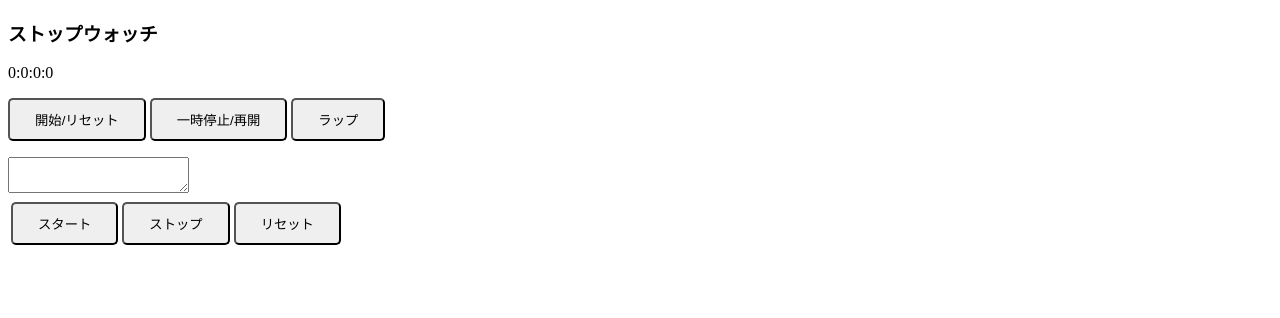
Repository: syokaturyou/potepan
Page: stop.html
The author's editor kept a record of every edit. The page is drawn from the files as they stood at one moment, then again after the next edit.
The browser window is 1280 px wide. The pictures show the whole page.

Above is the page before.

After the next edit:
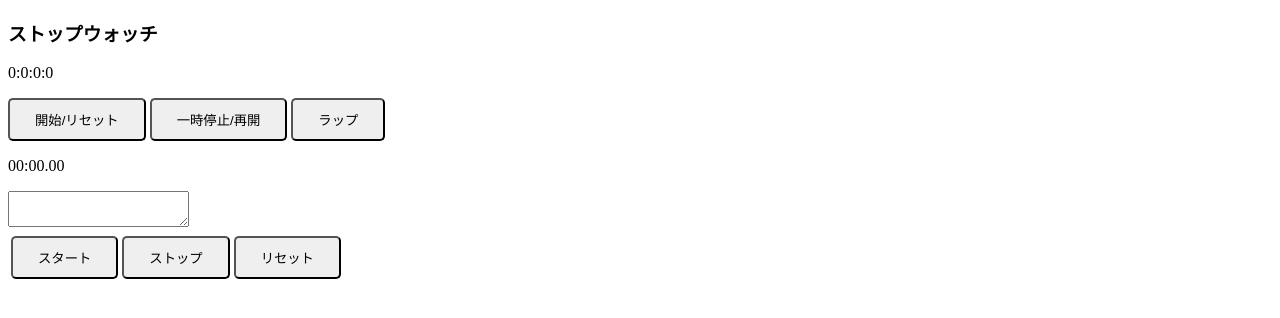
The edit:
--- a/javascript/main.js
+++ b/javascript/main.js
@@ -100,3 +100,87 @@
           update( _error ) // 計算に失敗した場合は、そのエラーの内容を表示する
         }
     }
+
+
+
+
+  "use strict";
+
+window.addEventListener( "DOMContentLoaded" , ()=> {
+    /**
+     * @param watchCallBack 経過時間報告用コールバック
+     * @param wrapCallBack ラップ報告用コールバック
+     */
+    const getStopWatch = function ( watchCallBack , wrapCallBack ){
+        let accumulatedTime = 0,    // 積算時間
+            currentTime=null,       // タイマー開示タイムスタンプ
+            timerId=null;           // setInterval() の返り値
+
+            // リセット処理
+        const reset = () =>{
+            timerOff(); accumulatedTime = 0; currentTime=null;
+                // リセットされたことをnullで通知
+            watchCallBack( null ); wrapCallBack ( null );
+        };
+            // 開始処理
+        const start = () =>{ currentTime = Date.now();timerOn(); };
+            // 一時停止処理
+        const pause = () =>{
+                // これまでの経過時間を退避
+            accumulatedTime = getNowTime();
+            timerOff();
+            currentTime = null;
+        };
+            // 再開処理
+        const resume = () =>start();
+            // ラップ報告処理
+        const wrap = () =>wrapCallBack( getNowTime() );
+            // 経過時間の算出
+        const getNowTime = () =>accumulatedTime + Date.now() - currentTime;
+
+            // タイマー停止処理
+        const timerOff = () => {
+            if( timerId === null ) return;
+            clearInterval(timerId);
+            timerId = null;
+        };
+            // タイマー開始処理
+        const timerOn = () => {
+            if( timerId !== null ) clearTimeout(timerId);
+            timerId = setInterval(()=>watchCallBack( getNowTime() ),10);
+        };
+
+        reset();
+
+            // 必要な機能だけ返す
+        return Object.freeze({
+            start:()=> currentTime === null && accumulatedTime === 0 ?   start()  : reset(),
+            pause:()=> currentTime === null ? ( accumulatedTime === 0 ? false : resume() ) : pause(),
+            wrap:()=> currentTime === null ?  false : wrap(),
+        });
+    };
+
+        // ミリ秒を画面表示する形式に変換
+    const timeString = time =>`${
+        Math.floor(time / 60000).toString().padStart(2,"00")
+    }:${
+        Math.floor(time % 60000 / 1000).toString().padStart(2,"00")
+    }.${
+        Math.floor(time % 1000).toString().padStart(3,"000").slice(0,2)
+    }`;
+
+    const watchArea = document.getElementById("watchArea");
+    const wrapArea = document.getElementById("wrapArea");
+
+    const stopWatchObj = getStopWatch(
+         time => watchArea.textContent = time === null ? "00:00.00" : timeString( time ) ,
+         time => wrapArea.value = time === null ? "" : wrapArea.value + "\n" + timeString( time )
+    );
+
+    const buttonDefine = [
+            { id:"start" , listener:()=>stopWatchObj.start() },
+            { id:"pause" , listener:()=>stopWatchObj.pause() },
+            { id:"wrap"  , listener:()=>stopWatchObj.wrap()  }
+        ];
+    buttonDefine.forEach( e => document.getElementById(e.id).addEventListener("click",e.listener));
+});
